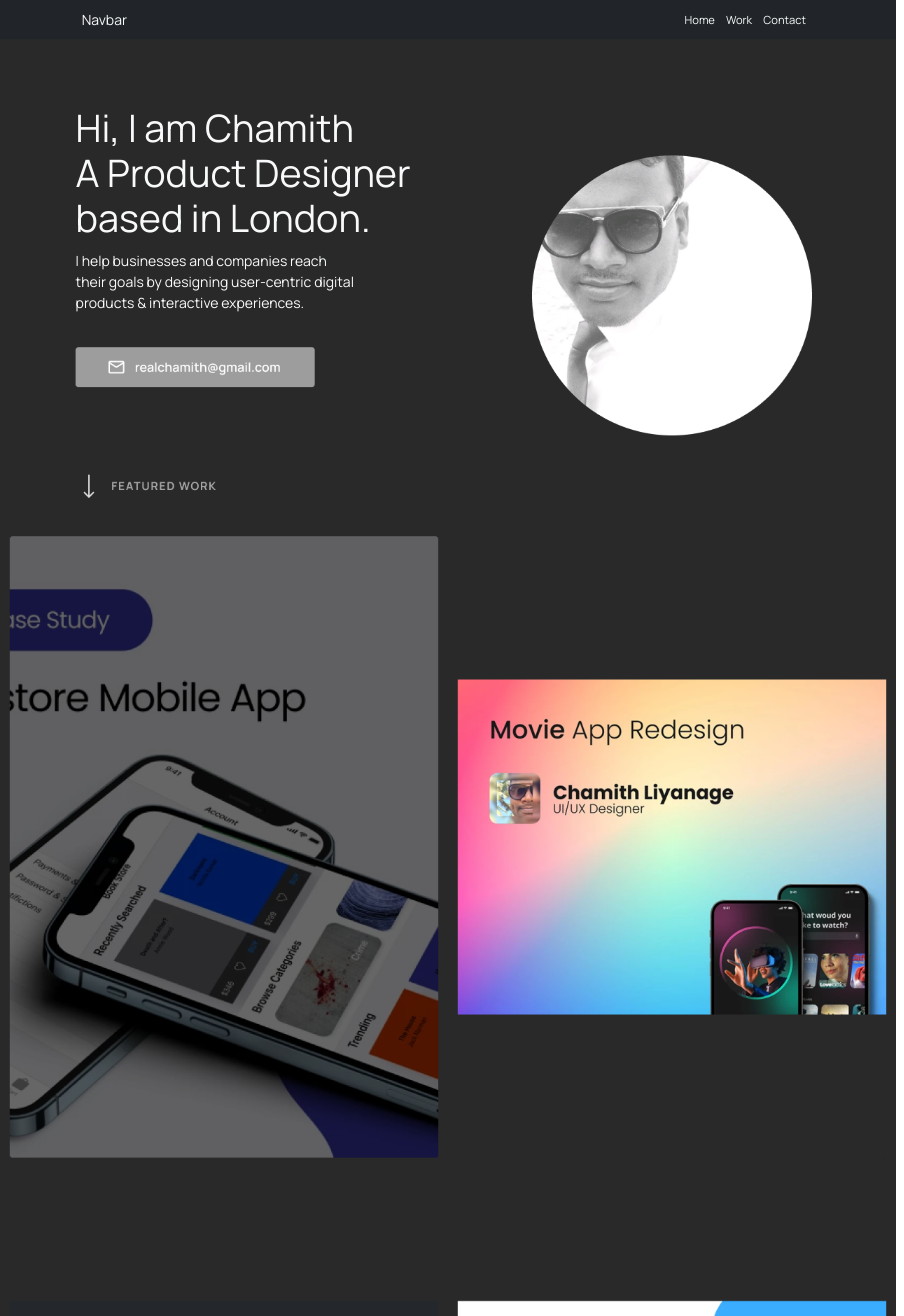
Repository: Realchamithweb/chamith-html
Page: index.html
An editor plug-in stored every save of this project. The page is shown before and after the next save, followed by the edit.
The browser window is 1280 px wide. The page is 1292 px wide, so the pictures cover 1292 px, including what lies to the right of the window. The pictures show the part of the page from y = 0 to 1880 px (the page is 4151 px tall before and 4119 px after), at 70% of full size.

Above is the page before, as saved 2023-01-04 16:33:07.

After the next save:
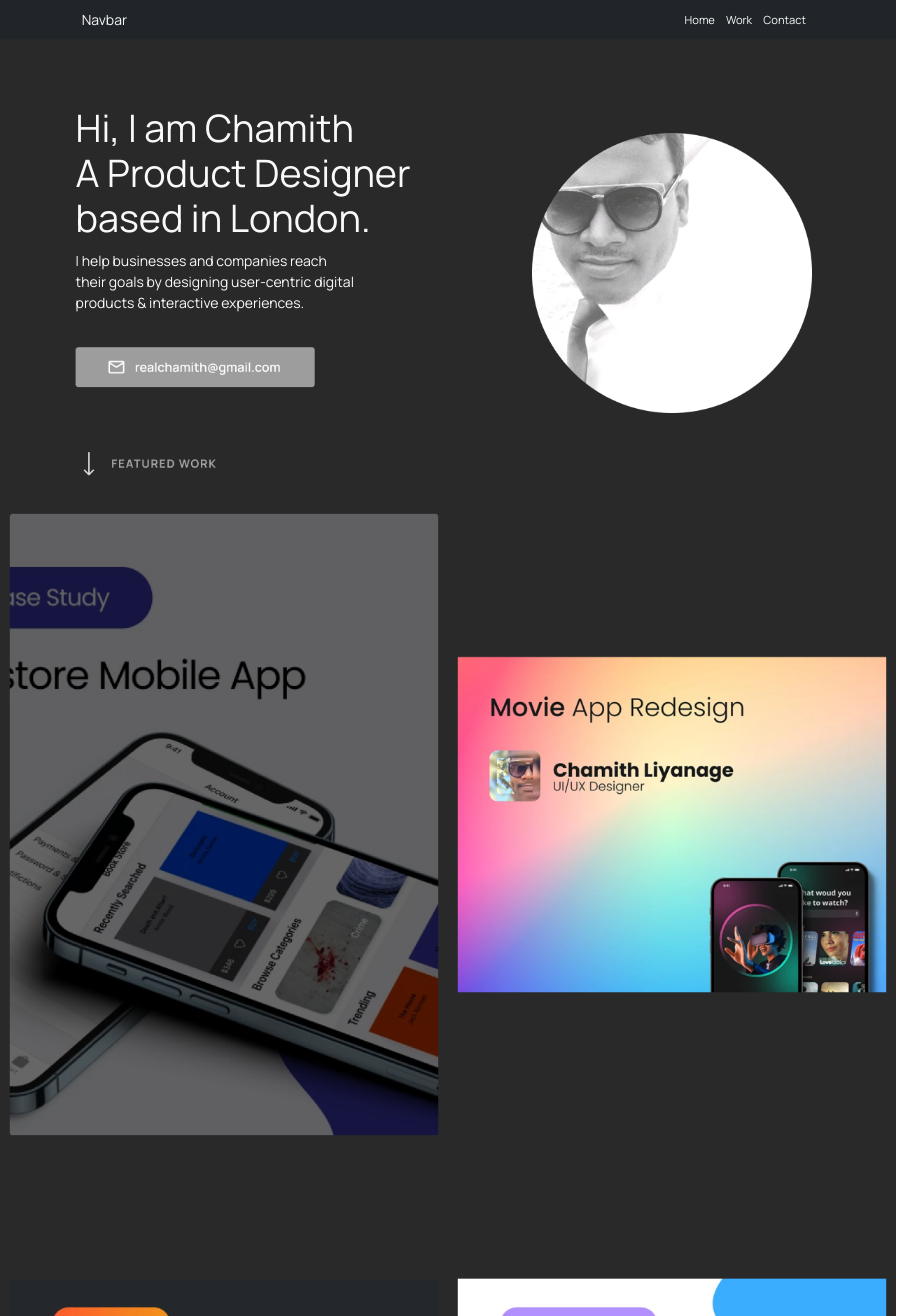
Saved 50 s later.
--- a/css/style.css
+++ b/css/style.css
@@ -9,7 +9,7 @@
 }
 
 .hero-img{
-    margin-top: 6em;
+    margin-top: 4em;
 }
 
 .hero-title{
